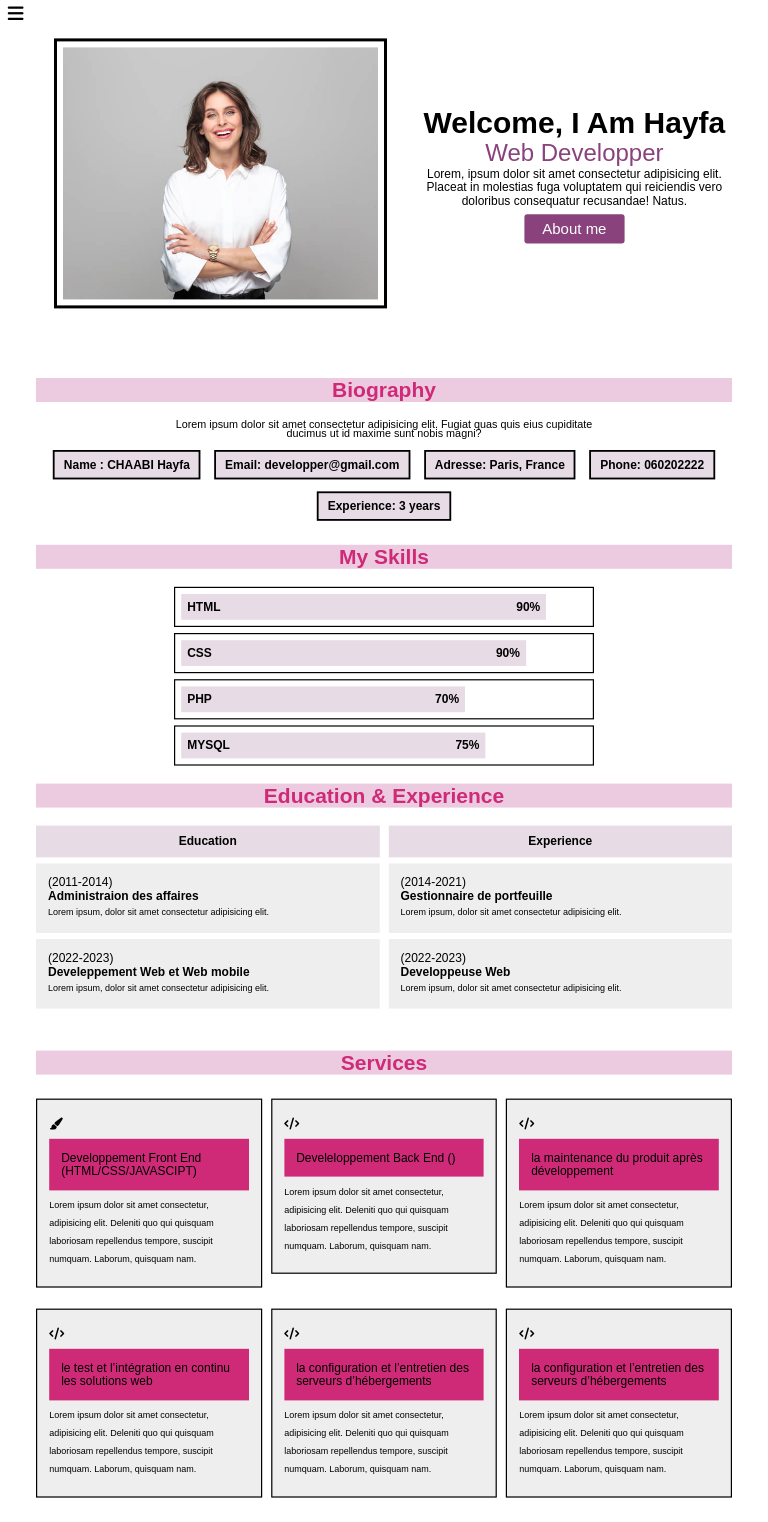
Repository: haifabilel/portfolio_project
Page: http://localhost/
The author's editor kept a copy of each file at every save. The page is drawn from the files as they stood at one save, then again after a run of saves.
The browser window is 1280 px wide. The pictures show the whole page, at 60% of full size.
Some web fonts or font styles are not loaded; a fallback is used. The page is run by PHP 8.4 with error messages shown; the project is at /var/www/html/.

Above is the page before, as saved 2023-09-17 13:57:33.

After the next 4 saves:
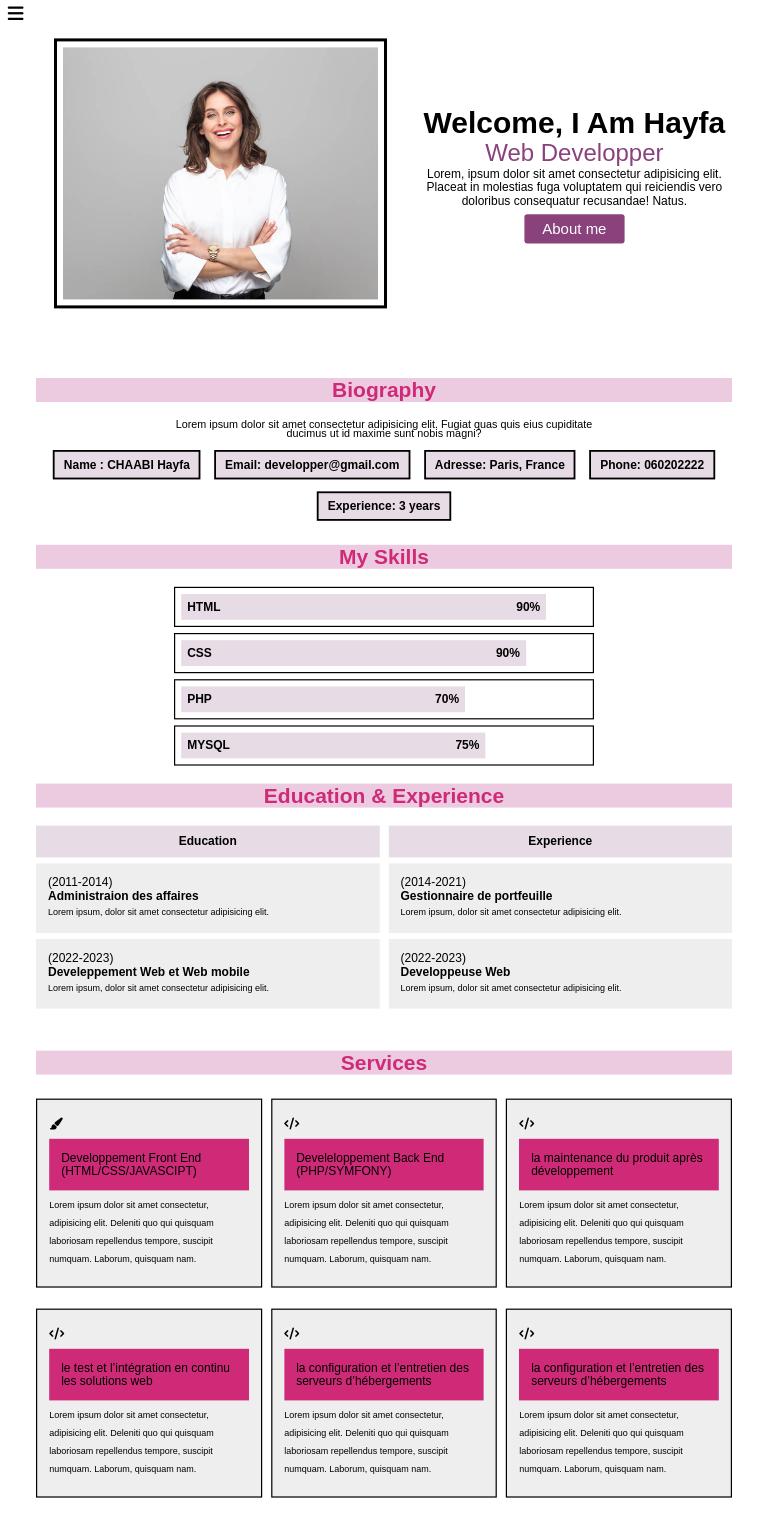
The 4 saves are shown as one change because they came seconds apart.
The last was saved 14 s later.
--- a/index.php
+++ b/index.php
@@ -121,7 +121,7 @@
 
     <div class="box">
         <i class="fas fa-code"></i>
-        <h3>Develeloppement Back End ()</h3>
+        <h3>Develeloppement Back End (PHP/SYMFONY)</h3>
         <p>Lorem ipsum dolor sit amet consectetur, adipisicing elit. Deleniti quo qui quisquam laboriosam repellendus tempore,
             suscipit numquam. Laborum, quisquam nam.</p>
     </div>
